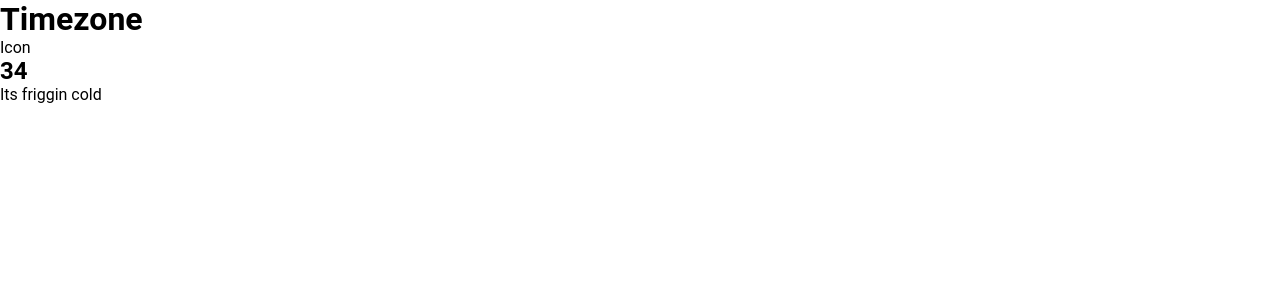
Repository: BaczkiewiczDawid/weatherApp
Page: index.html
These files come from the project's save history. The page is drawn as it stood at one moment and after the next save; the edit follows.
The browser window is 1280 px wide. The pictures show the whole page.

Above is the page before, as saved 2020-02-22 19:15:32.

After the next save:
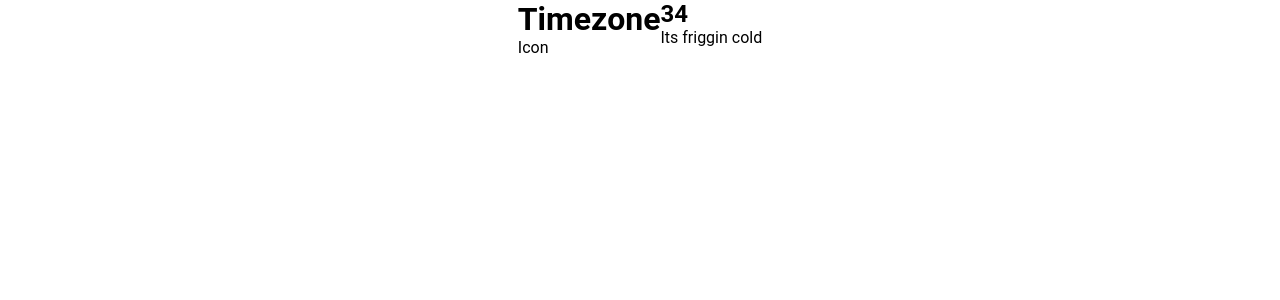
Saved 23 s later.
--- a/style.css
+++ b/style.css
@@ -5,4 +5,7 @@
 }
 body, html {
     font-family: 'Roboto', sans-serif;
+    height: 100vh;
+    display: flex;
+    justify-content: center;
 }
